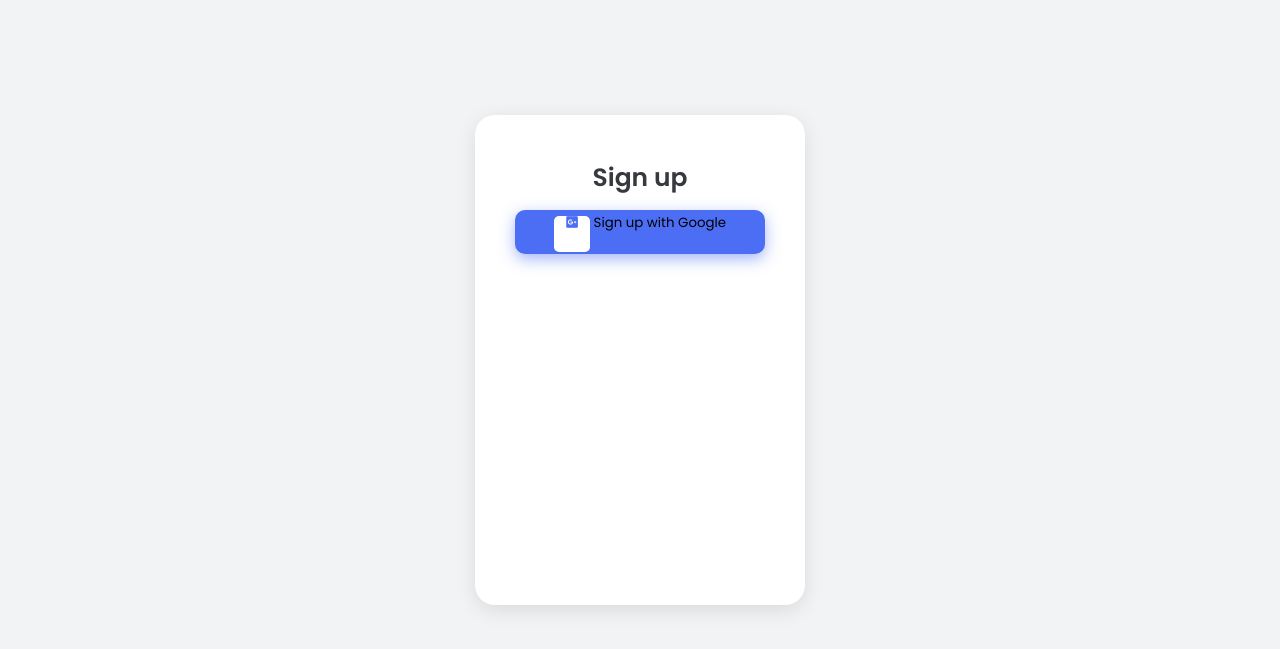
Repository: TranMinhMan040702/practice_html-css
Page: form-login/index.html
The author's editor kept a copy of each file at every save. The page is drawn from the files as they stood at one save, then again after the next save.
The browser window is 1280 px wide. The pictures show the whole page.
Some web libraries are served in a nearby version.

Above is the page before, as saved 2022-08-24 13:00:55.

### form-login/index.html
<!DOCTYPE html>
<html lang="en">
<head>
    <meta charset="UTF-8">
    <meta http-equiv="X-UA-Compatible" content="IE=edge">
    <meta name="viewport" content="width=device-width, initial-scale=1.0">
    <link href="https://fonts.googleapis.com/css2?family=Poppins:wght@300;400;600&display=swap" rel="stylesheet">
    <link rel="stylesheet" href="https://cdnjs.cloudflare.com/ajax/libs/font-awesome/6.1.2/css/all.min.css" integrity="sha512-1sCRPdkRXhBV2PBLUdRb4tMg1w2YPf37qatUFeS7zlBy7jJI8Lf4VHwWfZZfpXtYSLy85pkm9GaYVYMfw5BC1A==" crossorigin="anonymous" referrerpolicy="no-referrer" />
    <title>Sign up</title>
    <link rel="stylesheet" href="reset.css">
    <link rel="stylesheet" href="main.css">
</head>
<body>
    <div class="singup">
        <div class="signup-heading">
            <h1>Sign up</h1>
        </div>
        <button class="signup-button">
            <i class="fa-brands fa-square-google-plus signup-icon"></i>
            <span class="signup-text">
                Sign up with Google
            </span>
        </button>
    </div>
</body>
</html>

### form-login/reset.css
html,
body,
div,
span,
applet,
object,
iframe,
h1,
h2,
h3,
h4,
h5,
h6,
p,
blockquote,
pre,
a,
abbr,
acronym,
address,
big,
cite,
code,
del,
dfn,
em,
img,
ins,
kbd,
q,
s,
samp,
small,
strike,
strong,
sub,
sup,
tt,
var,
b,
u,
i,
center,
dl,
dt,
dd,
ol,
ul,
li,
fieldset,
form,
label,
legend,
table,
caption,
tbody,
tfoot,
thead,
tr,
th,
td,
article,
aside,
canvas,
details,
embed,
figure,
figcaption,
footer,
header,
hgroup,
menu,
nav,
output,
ruby,
section,
summary,
time,
mark,
audio,
video {
  margin: 0;
  padding: 0;
  border: 0;
  font-size: 100%;
  font: inherit;
  vertical-align: baseline;
}
/* HTML5 display-role reset for older browsers */
article,
aside,
details,
figcaption,
figure,
footer,
header,
hgroup,
menu,
nav,
section {
  display: block;
}
body {
  line-height: 1;
}
ol,
ul {
  list-style: none;
}
blockquote,
q {
  quotes: none;
}
blockquote:before,
blockquote:after,
q:before,
q:after {
  content: "";
  content: none;
}
table {
  border-collapse: collapse;
  border-spacing: 0;
}

### form-login/main.css
html {
    font-size: 62.5%;
    font-family: "Poppins", sans-serif;
}

* {
    box-sizing: border-box;
}

body {
    width: 100%;
    height: 100vh;
    background-color: #f2f3f5;
    display: flex;
    justify-content: center;
    align-items: center;
}

.singup {
    max-width: 330px;
    width: 100%;
    height: 490px;
    background-color: #fff;
    padding: 50px 40px;
    border-radius: 20px;
    box-shadow: 0px 5px 20px rgba(0, 0, 0, 0.1);
}

.signup-heading {
    font-size: 2.5rem;
    font-weight: 600;
    color: #363a3f;
    text-align: center;
    margin-bottom: 20px;
}

.signup-button {
    font-family: "Poppins", sans-serif;
    width: 100%;
    height: 44px;
    border-radius: 10px;
    background-color: #4c6ef4;
    display: inline-block;
    border: none;
    box-shadow: 0px 5px 15px rgba(76, 110, 244, 0.5);
    cursor: pointer;
    position: relative;
}

.signup-icon {
    width: 36px;
    height: 36px;
    background-color: #fff;
    border-radius: 5px;
    color: #4c6ef4;
}

.signup-text {

}

After the next save:
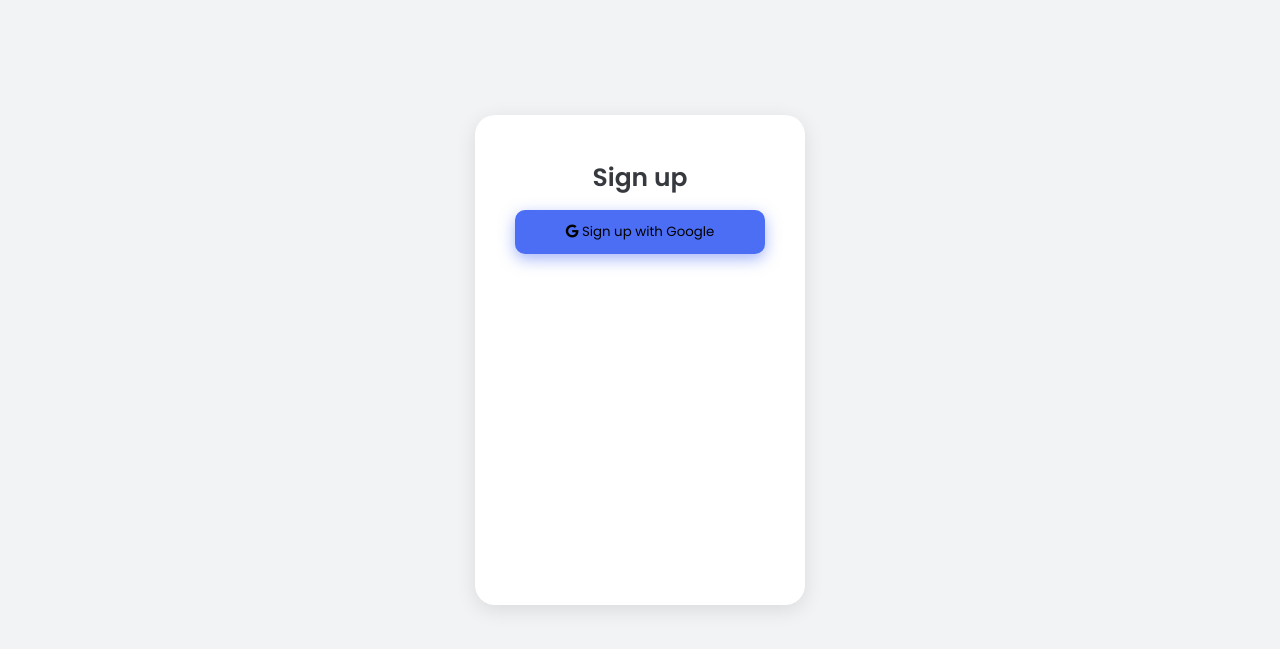
Saved 37 s later.
--- a/form-login/index.html
+++ b/form-login/index.html
@@ -16,7 +16,7 @@
             <h1>Sign up</h1>
         </div>
         <button class="signup-button">
-            <i class="fa-brands fa-square-google-plus signup-icon"></i>
+            <i class="fa-brands fa-google .signup-icon"></i>
             <span class="signup-text">
                 Sign up with Google
             </span>

After the save that followed:
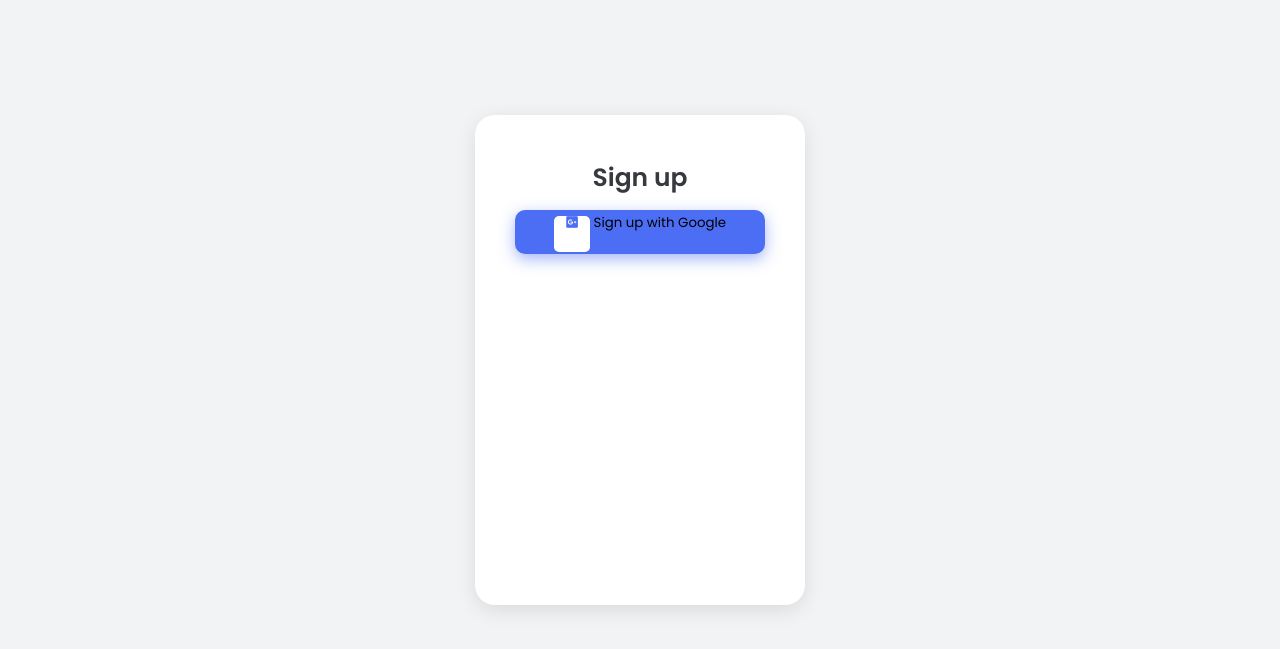
Saved 22 s later.
--- a/form-login/index.html
+++ b/form-login/index.html
@@ -16,7 +16,7 @@
             <h1>Sign up</h1>
         </div>
         <button class="signup-button">
-            <i class="fa-brands fa-google .signup-icon"></i>
+            <i class="fa-brands fa-square-google-plus signup-icon"></i>
             <span class="signup-text">
                 Sign up with Google
             </span>
